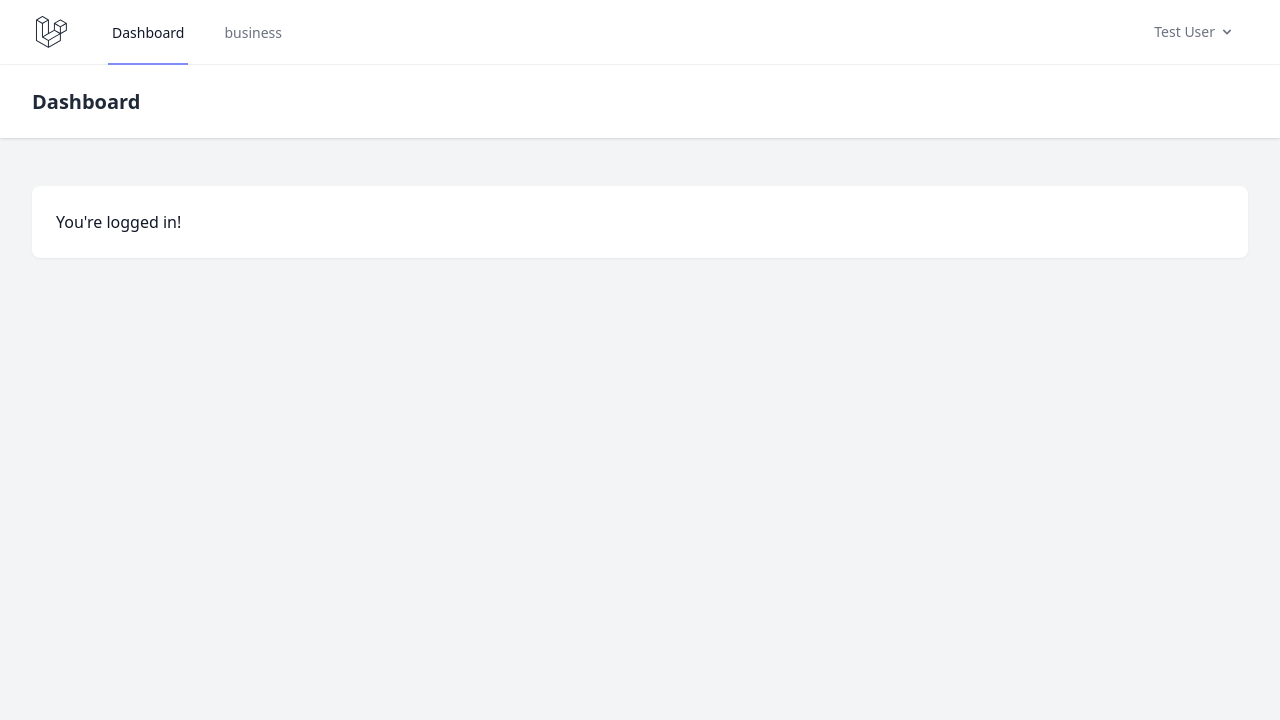
Repository: kyoko-shiraishi/Reproduce
Page: http://localhost/dashboard
These files come from the project's save history. The page is drawn as it stood at one moment and after the next save; the edit follows.
The browser window is 1280 px wide. The pictures show the whole page.
Some web libraries are served in a nearby version. The page is served by the project's Laravel application, run on PHP 8.4 with Laravel 12. A made-up administrator, Test User (test@example.com), is signed in. Style sheets and scripts are compiled from the project's sources, by tool versions that may differ from the author's. Queries for data that is not in the repository find no rows.

Above is the page before, as saved 2024-10-21 13:31:07.

After the next save:
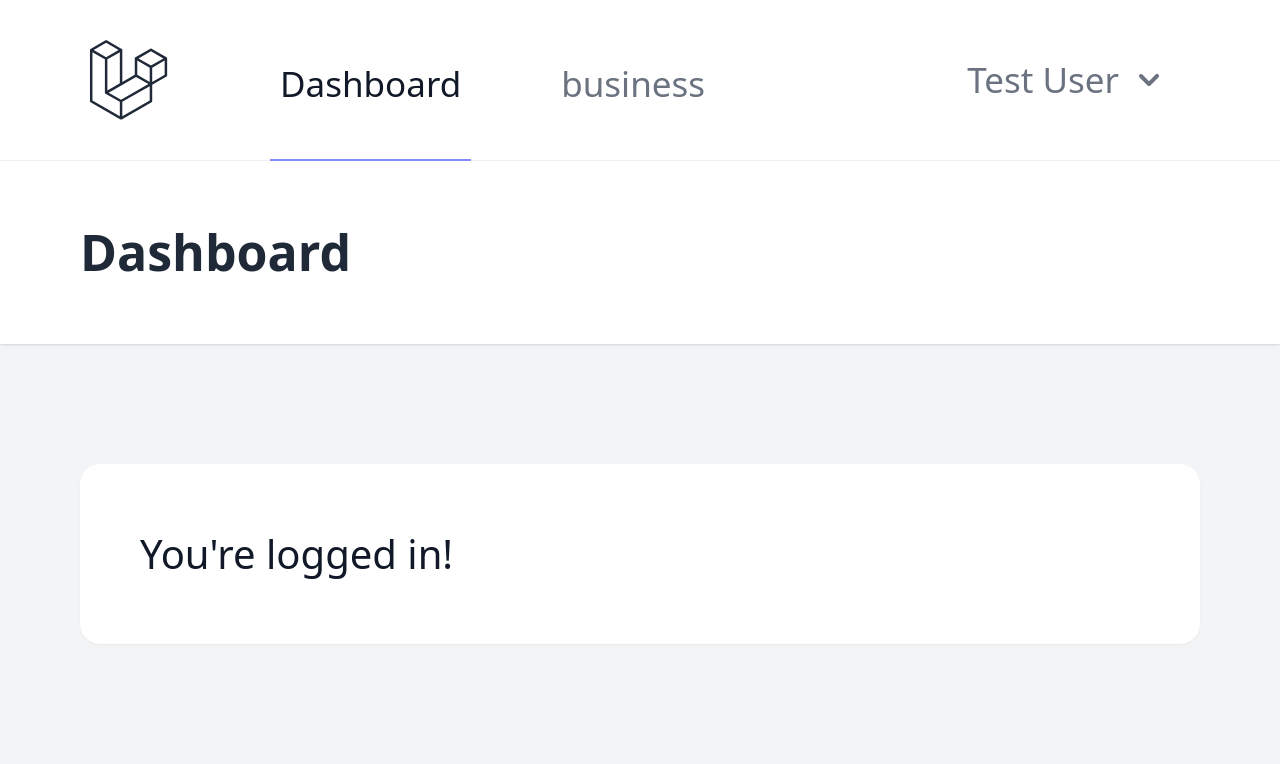
Saved 12 min 29 s later.
--- a/resources/views/layouts/app.blade.php
+++ b/resources/views/layouts/app.blade.php
@@ -15,6 +15,10 @@
         <script src="https://kit.fontawesome.com/e7550042f0.js" crossorigin="anonymous"></script>
 
         <style>
+        html {
+            font-size: calc(100vw / 32);
+        }
+
         .article h2 {
             /* 「上」､「右」､「下」､「左」 */
             margin:0 auto 50px;

After the 3 saves that followed:
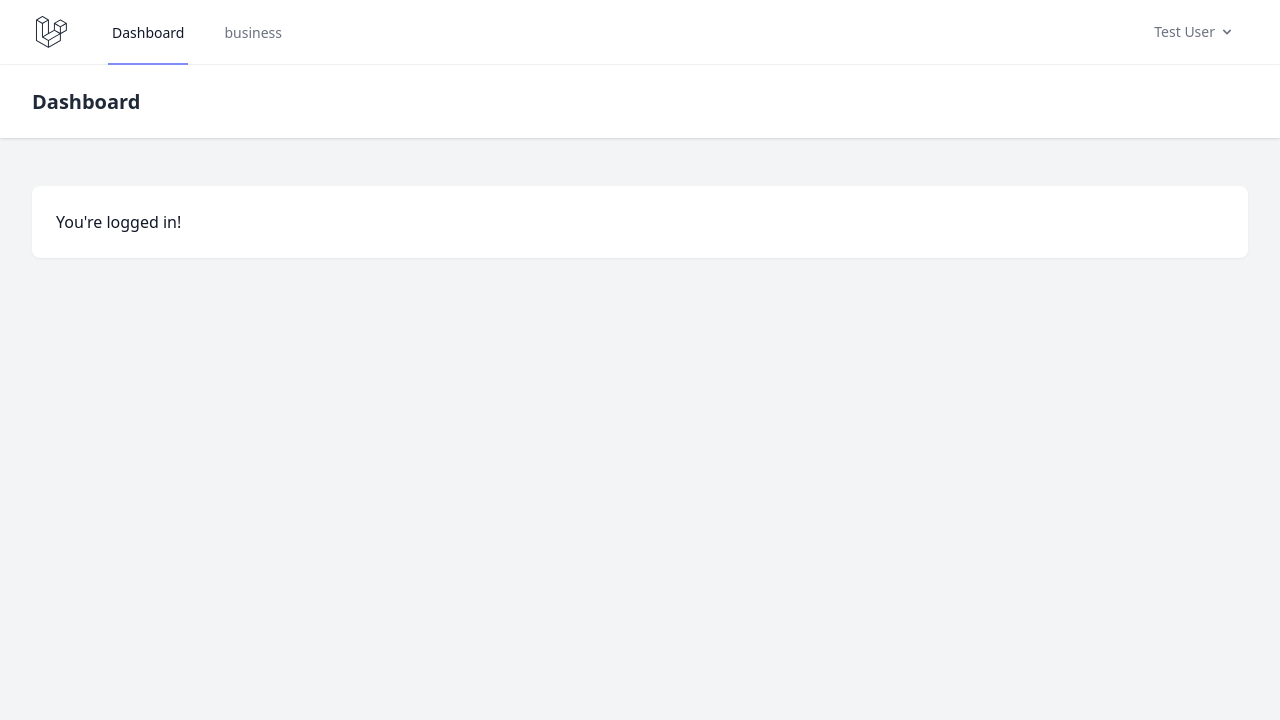
The 3 saves are shown as one change because 2 left the picture as it was.
The last was saved 3 min 54 s later.
--- a/resources/views/layouts/app.blade.php
+++ b/resources/views/layouts/app.blade.php
@@ -15,10 +15,6 @@
         <script src="https://kit.fontawesome.com/e7550042f0.js" crossorigin="anonymous"></script>
 
         <style>
-        html {
-            font-size: calc(100vw / 32);
-        }
-
         .article h2 {
             /* 「上」､「右」､「下」､「左」 */
             margin:0 auto 50px;
